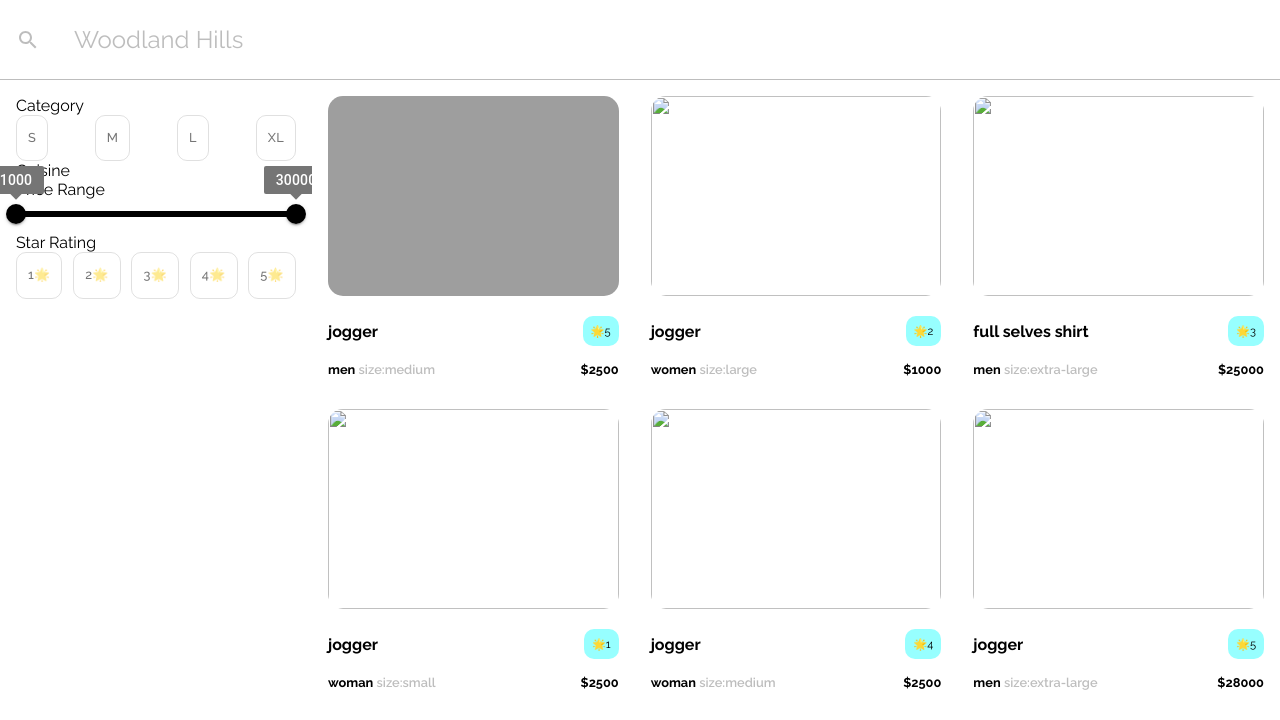
Repository: GokulDev4U/filter_product
Page: /
These files come from the project's save history. The page is drawn as it stood at one moment and after the next save; the edit follows.
The browser window is 1280 px wide. The pictures show the whole page.
Pictures or frames that could not be fetched are drawn as grey boxes. An inner scrolling area shows only its first screen. The project was rebuilt for these pictures with package versions that can differ from the ones it lists, and the page was loaded fresh each time. Also part of the build but not shown: src/components/common/EmptyView/styles.css, src/components/common/EmptyView/index.jsx.

Above is the page before, as saved 2022-03-20 15:44:00.

After the next save:
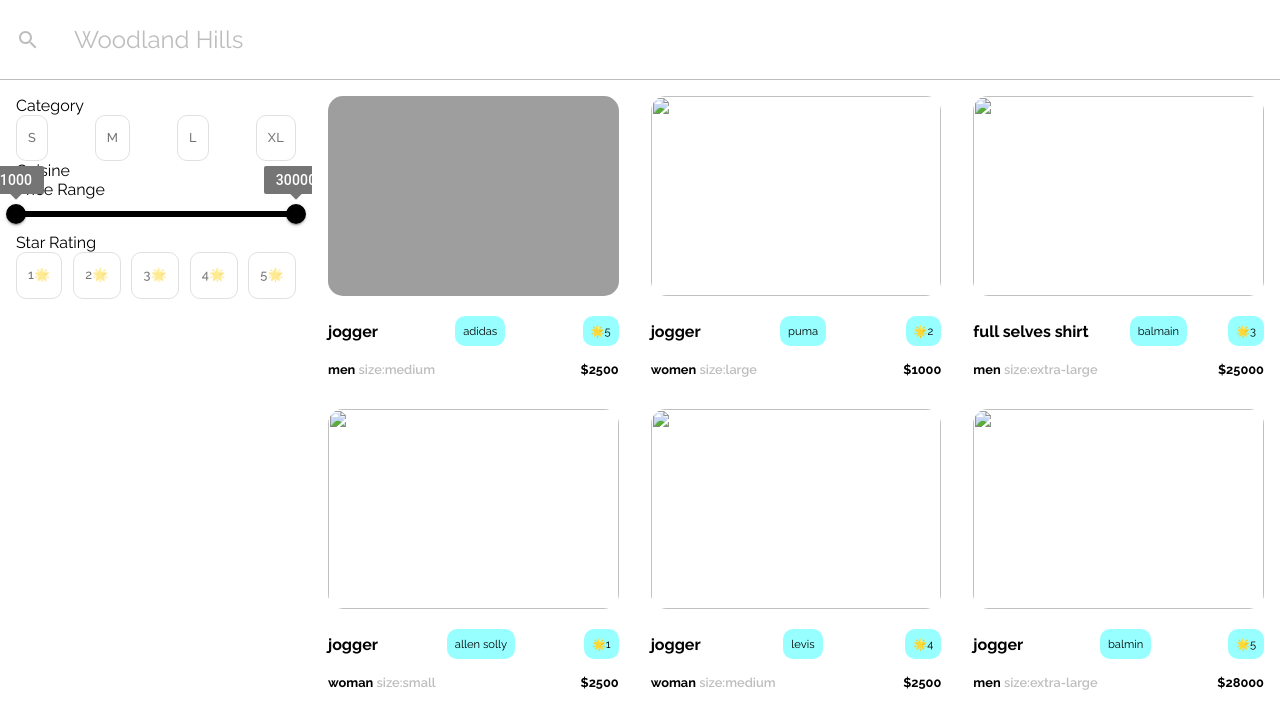
Saved 2 min 38 s later.
--- a/src/components/Home/List/ListItem/index.jsx
+++ b/src/components/Home/List/ListItem/index.jsx
@@ -8,6 +8,7 @@ const ListItem = ({
         <img src={coverSrc} alt='' />
         <header>
             <h4>{title}</h4>
+            <span>{brand}</span>
             <span>🌟{rating}</span>
         </header>
         <footer>
